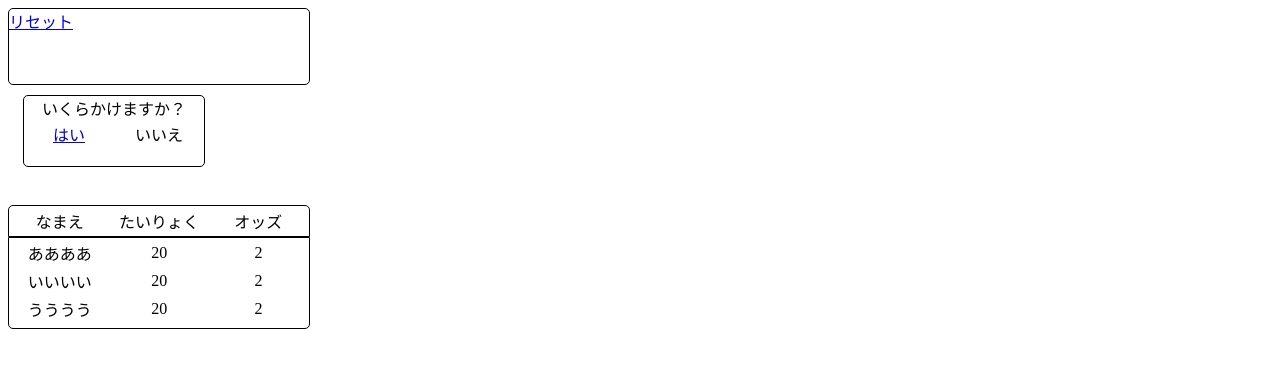
Repository: kousuke-2047/test
Page: http://localhost/Oldmove/SelectmonsterAction.action
An editor plug-in stored every save of this project. The page is shown before and after the next save, followed by the edit.
The browser window is 1280 px wide. The pictures show the whole page.
After loading, the first visible `tr.selectbox` was clicked once.
The page is served by Tomcat 9. Other server files are loaded and not shown. The database holds what the project's SQL file puts in it.

Above is the page before, as saved 2018-06-26 01:54:21.

### Oldmove/WebContent/selectmonster.jsp
<%@ page language="java" contentType="text/html; charset=UTF-8"
    pageEncoding="UTF-8"%>
<%@ taglib prefix="s" uri="/struts-tags"%>
<!DOCTYPE html>
<html>
<head>
<meta http-equiv="Content-Type" content="text/html; charset=UTF-8">
<link rel="stylesheet" href="./css/selectstyle.css">
<script src="https://ajax.googleapis.com/ajax/libs/jquery/3.3.1/jquery.min.js"></script>

<title>選択画面</title>
</head>
<body>

	<script type="text/javascript" src="./js/selectscript.js">
	</script>

	<div class="datebox">
		<a href='<s:url action="SelectmonsterAction"/>'>
		リセット
		</a>
	</div>

	<div class="enemybox">

		<s:iterator value="selectmonsterList">
			<img src='<s:property value="filepath"/>/<s:property value="filename"/>' class ="enemyminibox"/>
		</s:iterator>

		<div class="messagebox">
		いくらかけますか？
			<div class="selectbutton">
				<a href ='<s:url action="LeadyAction"/>'>

				はい
				</a>
			</div>
			<div class="selectbutton">
			いいえ
			</div>
		</div>
	</div>



	<div class="texttopbox">

	<table>
		<tr>
			<td>なまえ</td>
			<td>たいりょく</td>
			<td>オッズ</td>
		</tr>
	</table>

	</div>
	<div class="textbottombox">

	<table>
		<s:iterator value="selectmonsterList">
			<tr class="selectbox">
				<td><s:property value="name"/></td>
				<td><s:property value="hp"/></td>
				<td><s:property value="odds"/></td>

			</tr>
		</s:iterator>
	</table>

	</div>


</body>
</html>

### Oldmove/src/com/oldmove/dao/SelectmonsterDAO.java
package com.oldmove.dao;

import java.sql.Connection;
import java.sql.PreparedStatement;
import java.sql.ResultSet;
import java.sql.SQLException;
import java.util.ArrayList;

import com.oldmove.dto.SelectmonsterDTO;
import com.oldmove.util.DBConnector;

public class SelectmonsterDAO {

	private DBConnector dbc = new DBConnector();
	private Connection con = dbc.getConnection();
	private ArrayList<SelectmonsterDTO> selectmonsterList = new ArrayList<SelectmonsterDTO>();


	public ArrayList<SelectmonsterDTO> getselectInfo(int menber){

		String sql = "select * from battlemonster where menber =?";

		try{
			PreparedStatement ps = con.prepareStatement(sql);
			ps.setInt(1, menber);
			ResultSet rs = ps.executeQuery();
			while(rs.next()){
				SelectmonsterDTO dto = new SelectmonsterDTO();
				dto.setId(rs.getInt("id"));
				dto.setName(rs.getString("name"));
				dto.setHp(rs.getInt("hp"));
				dto.setMp(rs.getInt("mp"));
				dto.setOdds(rs.getInt("odds"));
				dto.setFilepath(rs.getString("filepath"));
				dto.setFilename(rs.getString("filename"));
				dto.setMenber(rs.getInt("menber"));
				selectmonsterList.add(dto);
			}
		}catch(SQLException e){
			e.printStackTrace();
		}
		return selectmonsterList;
	}

	public void Resethp(){
		String sql="update battlemonster set hp = maxhp,mp=maxmp";
		try{
			PreparedStatement ps = con.prepareStatement(sql);
			ps.execute();

		}catch(SQLException e){
			e.printStackTrace();
		}
	}
}

### Oldmove/src/com/oldmove/util/DBConnector.java
package com.oldmove.util;

import java.sql.Connection;
import java.sql.DriverManager;
import java.sql.SQLException;

public class DBConnector {

	private static String driverName = "com.mysql.jdbc.Driver";
	private static String url = "jdbc:mysql://localhost/oldmove";
	private static String user = "root";
	private static String password = "mysql";

	public Connection getConnection(){
		Connection con = null;

		try{
			Class.forName(driverName);
			con =(Connection) DriverManager.getConnection(url,user,password);
		}catch(ClassNotFoundException e){
			e.printStackTrace();
		}catch(SQLException e){
			e.printStackTrace();
		}
		return con;
	}

}

### Oldmove/src/com/oldmove/util/RandomInt.java
package com.oldmove.util;

public class RandomInt {

	public int getSelectmenber(int menbers){

		int i = (int)(Math.random()*menbers+1);

		return i;
	}

}

### Oldmove/src/com/oldmove/dto/SelectmonsterDTO.java
package com.oldmove.dto;

public class SelectmonsterDTO {

	private int id;
	private String name;
	private int menber;
	private int power;
	private int guard;
	private int hp;
	private int maxhp;
	private int mp;
	private int maxmp;
	private int actiontype;
	private int odds;
	private String filepath;
	private String filename;

	public int getId(){
		return id;
	}
	public void setId(int id){
		this.id = id;
	}
	public String getName(){
		return name;
	}
	public void setName(String name){
		this.name = name;
	}
	public int getMenber(){
		return menber;
	}
	public void setMenber(int menber){
		this.menber = menber;
	}
	public int getPower(){
		return power;
	}
	public void setPower(int power){
		this.power = power;
	}
	public int getGuard(){
		return guard;
	}
	public void setGuard(int guard){
		this.guard = guard;
	}
	public int getHp(){
		return hp;
	}
	public void setHp(int hp){
		this.hp = hp;
	}
	public int getMaxhp(){
		return maxhp;
	}
	public void setMaxhp(int maxhp){
		this.maxhp = maxhp;
	}
	public int getMp(){
		return mp;
	}
	public void setMp(int mp){
		this.mp = mp;
	}
	public int getMaxmp(){
		return maxmp;
	}
	public void setMaxmp(int maxmp){
		this.maxmp = maxmp;
	}
	public int getActiontype(){
		return actiontype;
	}
	public void setActiontype(int actiontype){
		this.actiontype = actiontype;
	}
	public int getOdds(){
		return odds;
	}
	public void setOdds(int odds){
		this.odds = odds;
	}
	public String getFilepath(){
		return filepath;
	}
	public void setFilepath(String filepath){
		this.filepath = filepath;
	}
	public String getFilename(){
		return filename;
	}
	public void setFilename(String filename){
		this.filename = filename;
	}

}

### Oldmove/WebContent/css/selectstyle.css
@CHARSET "UTF-8";
.datebox{
	width:300px;
	height:75px;
	border:1px solid black;
	border-radius:5px;
}
.enemybox{
	height:110px;
	width:100%;
	padding-top:10px;
}
.enemyminibox{
	height:100px;
	width:100px;
	float:left;
}

.messagebox{
	height:70px;
	width:180px;
	margin-left:15px;
	border-radius:5px;
	border:1px solid white;
	color:white;
	text-align:center;
}

.selectbutton{
	height:31px;
	width:88px;
	text-align:center;
	float:left;
	border:1px solid white;
	border-top:2px solid white;
}




.texttopbox{
	height:30px;
	width:300px;
	border:1px solid black;
	border-top-left-radius:5px;
	border-top-right-radius:5px;
}
.textbottombox{
	height:90px;
	width:300px;
	border:1px solid black;
	border-bottom-left-radius:5px;
	border-bottom-right-radius:5px;
}
td{
	width:100px;
	text-align:center;


}

tr.selectbox{
	color:black;
	width:100%;
	height:100%;
	width:100px;
	text-align:center;

}

### Oldmove/WebContent/js/selectscript.js
$(document).ready(function(){
	$(".messagebox").hide();
});

$(function(){
	$(".selectbutton").hover(
			function(){
				$(this).css("background-color","lightgray");
				$(this).css("color","red");
			},
			function(){
				$(this).css("background-color","white");
				$(this).css("color","black");
			});
});

$(function(){
	$(".selectbutton").click(function(){
		$(".messagebox").hide();
	});
});

$(function(){
	$("tr.selectbox").hover(
			function(){
				$(this).css("background-color","lightgray");
				$(this).css("color","red");
			},
			function(){
				$(this).css("background-color","white");
				$(this).css("color","black");
			});
});

$(function(){
	$("tr.selectbox").click(function(){
		$("img.enemyminibox").hide();
		$(".messagebox").css("color","black");
		$(".messagebox").css("border-color","black");
		$(".messagebox").fadeIn(0);
	});
});

### Oldmove/sql/oldmove.sql (the tables this page reads)
create table battlemonster(
	id int not null primary key auto_increment,
	name varchar(16),
	menber int,
	power int,
	guard int,
	hp int,
	maxhp int,
	mp int,
	maxmp int,
	actiontype int,
	odds int,
	filepath varchar(100),
	filename varchar(100));

insert into battlemonster(name,menber,power,guard,hp,maxhp,mp,maxmp,actiontype,odds,filepath,filename)values("スライム",1,10,5,20,20,0,0,1,5,"./images","suraimu.jpg");

insert into battlemonster(name,menber,power,guard,hp,maxhp,mp,maxmp,actiontype,odds,filepath,filename)values("ドラキー",1,12,5,22,22,0,0,1,3,"./images","doraki.jpg");

insert into battlemonster(name,menber,power,guard,hp,maxhp,mp,maxmp,actiontype,odds,filepath,filename)values("ももんじゃ",1,15,7,25,25,0,0,1,2,"./images","momonja.jpg");

insert into battlemonster(name,menber,power,guard,hp,maxhp,mp,maxmp,actiontype,odds,filepath,filename)values("オーク",2,10,5,20,20,0,0,1,2,"./images","suraimu.jpg");

insert into battlemonster(name,menber,power,guard,hp,maxhp,mp,maxmp,actiontype,odds,filepath,filename)values("ばくだんいわ",2,10,5,20,20,0,0,1,2,"./images","suraimu.jpg");

insert into battlemonster(name,menber,power,guard,hp,maxhp,mp,maxmp,actiontype,odds,filepath,filename)values("ドラゴン",2,10,5,20,20,0,0,1,2,"./images","suraimu.jpg");

insert into battlemonster(name,menber,power,guard,hp,maxhp,mp,maxmp,actiontype,odds,filepath,filename)values("ああああ",3,10,5,20,20,0,0,1,2,"./images","test1.png");

insert into battlemonster(name,menber,power,guard,hp,maxhp,mp,maxmp,actiontype,odds,filepath,filename)values("いいいい",3,10,5,20,20,0,0,1,2,"./images","test2.png");

insert into battlemonster(name,menber,power,guard,hp,maxhp,mp,maxmp,actiontype,odds,filepath,filename)values("うううう",3,10,5,20,20,0,0,1,2,"./images","test3.png");

After the next save:
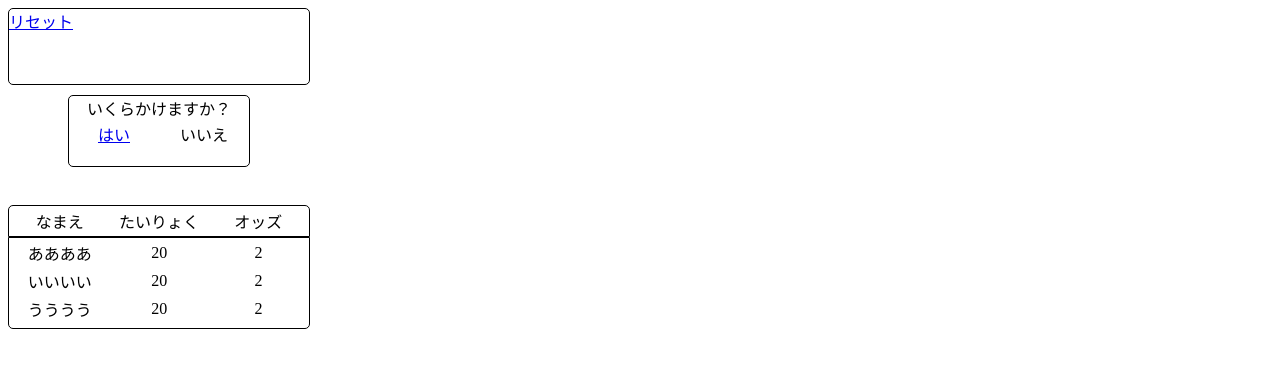
Saved 2 min 17 s later.
--- a/Oldmove/WebContent/css/selectstyle.css
+++ b/Oldmove/WebContent/css/selectstyle.css
@@ -19,7 +19,7 @@
 .messagebox{
 	height:70px;
 	width:180px;
-	margin-left:15px;
+	margin-left:60px;
 	border-radius:5px;
 	border:1px solid white;
 	color:white;
